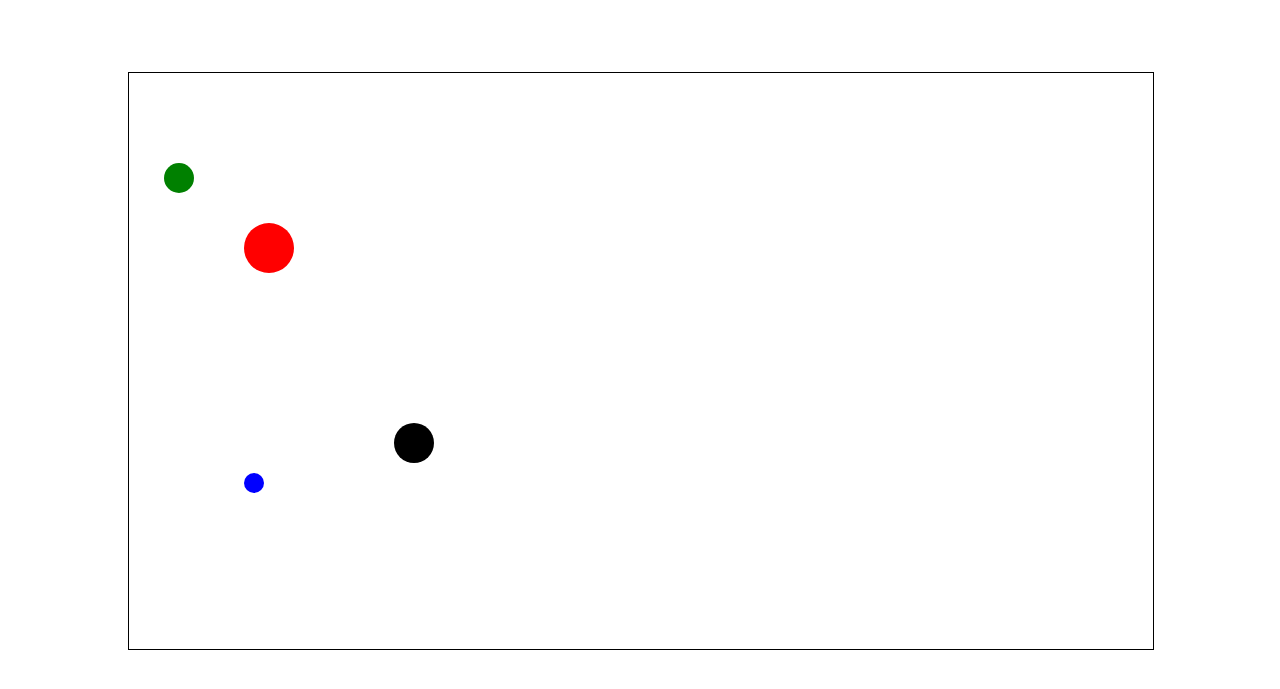
Repository: themoomooo/testgitajout
Page: index.html
These files come from the project's save history. The page is drawn as it stood at one moment and after the next save; the edit follows.
The browser window is 1280 px wide. The pictures show the whole page.

Above is the page before, as saved 2023-01-23 16:32:15.

### index.html
<!DOCTYPE html>
<html lang="en">
<head>
    <meta charset="UTF-8">
    <meta http-equiv="X-UA-Compatible" content="IE=edge">
    <meta name="viewport" content="width=device-width, initial-scale=1.0">
    <title>Document</title>
</head>
<body>
    <main style="position:absolute; top:10%; left:10%; width:80%;height:80%;border:1px solid #000; overflow:hidden"></main>

<script src="main.js"></script>
</body>

</html>

### main.js


let terrain = document.querySelector('main');

class Ball {
    constructor(x,y,width, height, color, radius){
        this.x=x;
        this.y=y;
        this.width = width;
        this.height = height;
        this.color = color;
        this.radius = radius;
        this.monojectDom = null;

        this.setOjectDom();
    }

    setOjectDom(){
        this.monOjectDom = document.createElement('div');
        this.monOjectDom.style = `position:relative ; top:${this.y}px ; left:${this.x}px; width:${this.width}px ; height:${this.height}px ; background:${this.color}; border-radius:${this.radius}px`;
    }
    getOjectDom(){

        return this.monOjectDom;

    }
    move(){
        this.x += 15;
        this.monOjectDom.style.left = `${this.x}px`;
    }

}




class Prog {

   constructor(terrain){
       this.terrain = terrain;
       this.balles = [];

   }
   add(ball){
    this.balles.push(ball);

   }

   run() {
    this.balles.forEach((ball)=>{
        this.terrain.appendChild(ball.getOjectDom());
    });
      setInterval(
        this.move()
      ,500)

   }

    move(){
    for (let i = 0; i < this.balles.length; i++) {
        this.balles[i].move();
       }
    }
}




const monBallon = new Ball(100,150,50,50,'red',25);
const monBallon2 = new Ball(100,350,20,20,'blue',10);
const monBallon3 = new Ball(20,20,30,30,'green',15);
const monBallon4 = new Ball(250,250,40,40,'black',20);
const monprog = new Prog (terrain);
monprog.add(monBallon);
monprog.add(monBallon2);
monprog.add(monBallon3);
monprog.add(monBallon4);
monprog.run();


/*
document.body.append(monBallon.getOjectDom(), monBallon2.getOjectDom());
 */

After the next save:
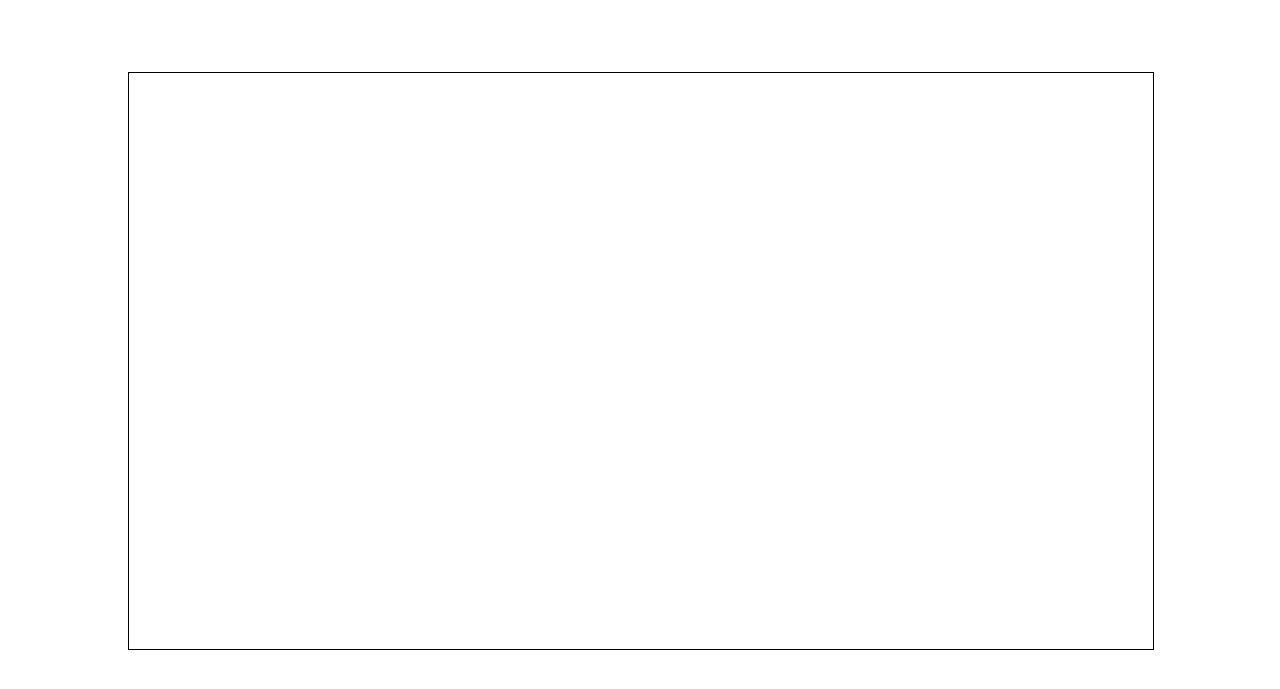
Console error: SyntaxError: missing ) after argument list
Saved 100 s later.
--- a/main.js
+++ b/main.js
@@ -52,7 +52,7 @@
     });
       setInterval(
         this.move()
-      ,500)
+
 
    }
 

After the save that followed:
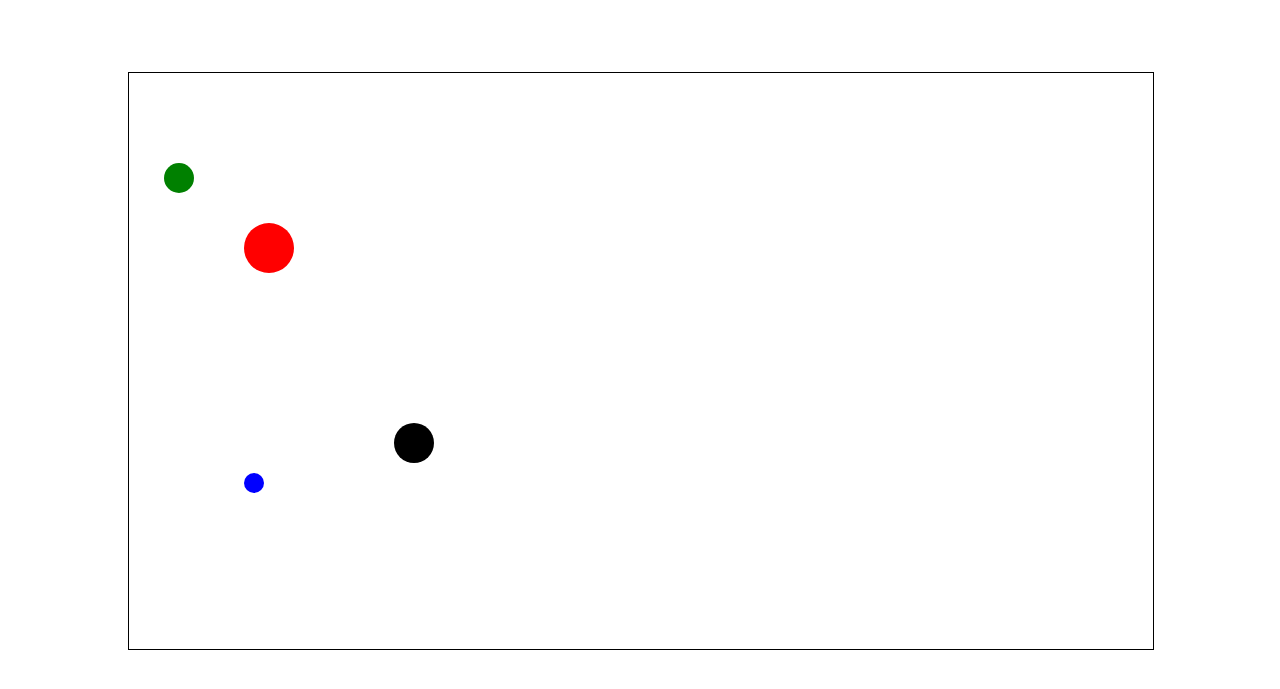
The error is gone.
Saved 5 s later.
--- a/main.js
+++ b/main.js
@@ -50,7 +50,6 @@
     this.balles.forEach((ball)=>{
         this.terrain.appendChild(ball.getOjectDom());
     });
-      setInterval(
         this.move()
 
 
